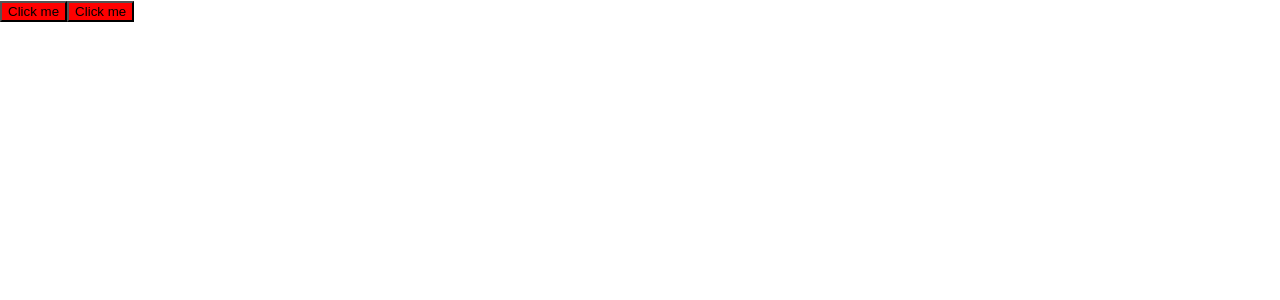
Repository: codysun1912/code
Page: / (app in react-webpack/tiktok/)
The author's editor kept a copy of each file at every save. The page is drawn from the files as they stood at one save, then again after the next save.
The browser window is 1280 px wide. The pictures show the whole page.
The project was rebuilt for these pictures with package versions that can differ from the ones it lists, and the page was loaded fresh each time.

Above is the page before, as saved 2022-03-18 13:31:15.

### react-webpack/tiktok/src/App.js
import Button from "./components/Button"
import GlobalStyles from "./components/GlobalStyles"


function App() {

    return(
        <GlobalStyles>
         <div>
         <Button/>
         </div>


        </GlobalStyles>
    )

}
export default App

### react-webpack/tiktok/src/components/button.js
import Styles from "./Button.module.css"
import clsx from "clsx"
function Button(){
    return(
        <div>
            <button className = {Styles.btn}> Click me </button>
            <button className = {clsx(Styles.btn,
            {[Styles.active ]: false})
            }>
            Click me
            </button>
        </div>
    )
}
export default Button

### react-webpack/tiktok/src/components/GlobalStyles.js
import Button from "./Button"


function GlobalStyles(){
    return (
        <div>
           <Button/>
        </div>
    )
}
export default GlobalStyles

### react-webpack/tiktok/src/components/Button.module.css
.btn{
    background-color: red;
}
.active{
    margin-left: 10px;
}

Loaded but not shown: react-webpack/tiktok/public/index.html (common file); react-webpack/tiktok/src/index.js (common file); react-webpack/tiktok/src/index.css (common file); react-webpack/tiktok/src/reportWebVitals.js (common file)

After the next save:
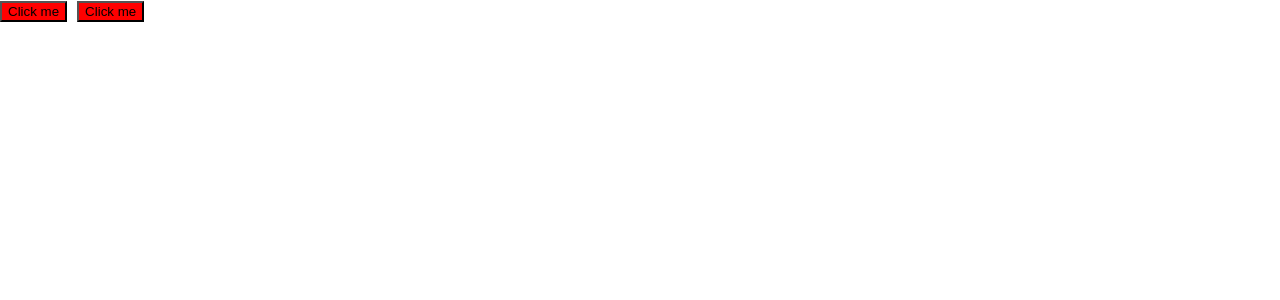
Saved 7 s later.
--- a/react-webpack/tiktok/src/components/button.js
+++ b/react-webpack/tiktok/src/components/button.js
@@ -5,7 +5,7 @@ function Button(){
         <div>
             <button className = {Styles.btn}> Click me </button>
             <button className = {clsx(Styles.btn,
-            {[Styles.active ]: false})
+            {[Styles.active ]: true})
             }>
             Click me
             </button>
